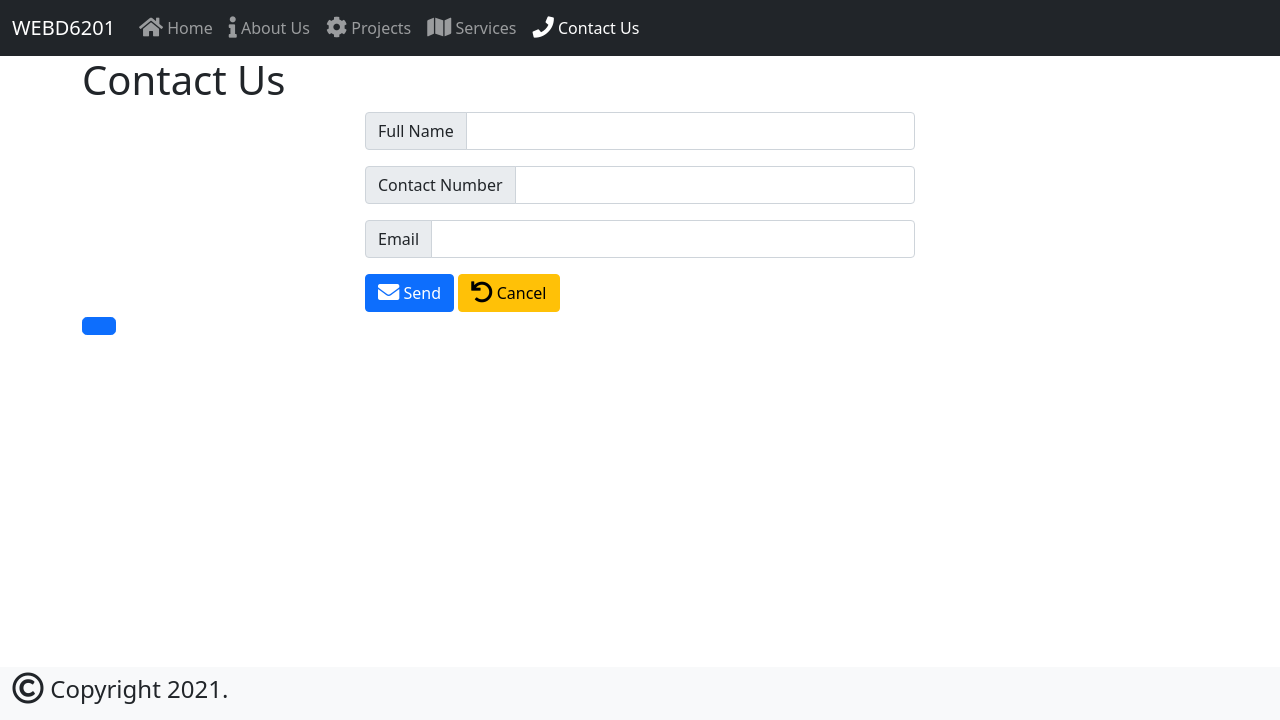
Repository: Sub4Sub/Ice-2
Page: contact.html
An editor plug-in stored every save of this project. The page is shown before and after the next save, followed by the edit.
The browser window is 1280 px wide. The pictures show the whole page.

Above is the page before, as saved 2021-01-27 16:16:11.

After the next save:
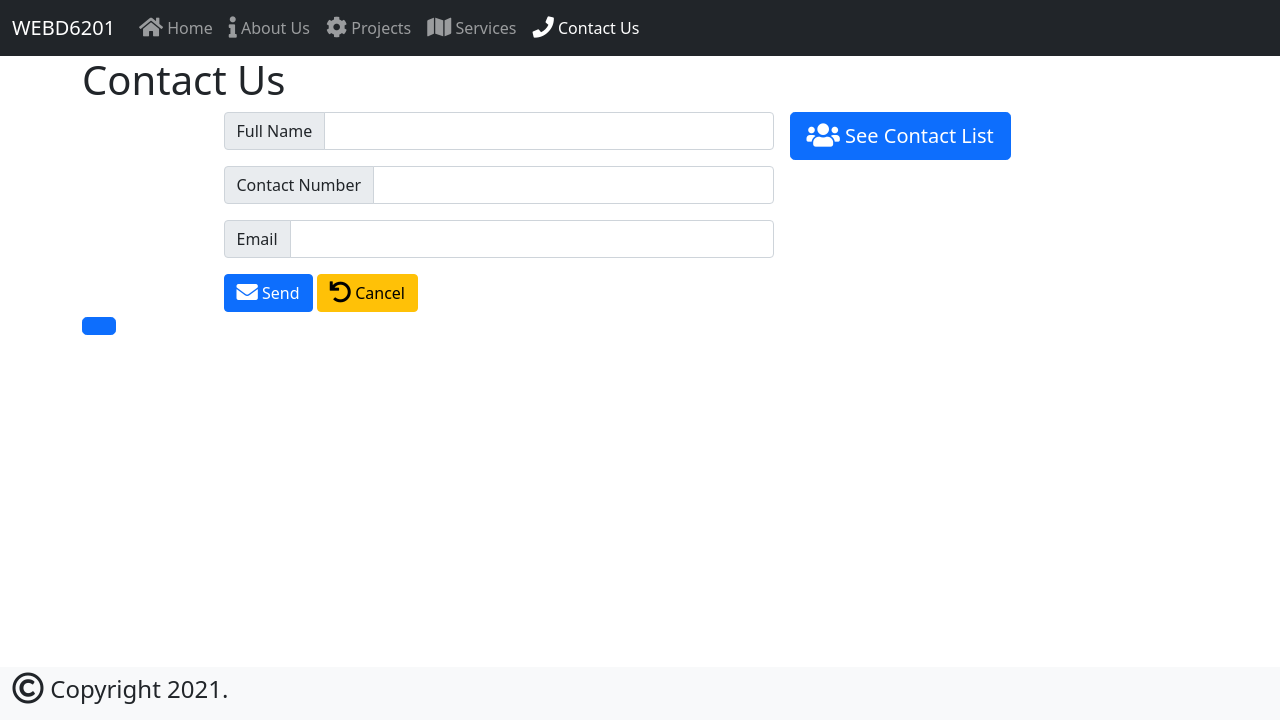
Saved 2 days later.
--- a/contact.html
+++ b/contact.html
@@ -75,6 +75,7 @@
             <button id="sendButton" type="submit" class="btn btn-primary"><i class="fas fa-envelope fa-lg"></i> Send</button>
             <button id="cancelButton" type="reset" class="btn btn-warning"><i class="fas fa-undo fa-lg"></i> Cancel</button>
           </form>
+          <div class="col-lg-3 col-md-3"><a href="contact-list.html" class="btn btn-primary btn-lg"><i class="fas fa-users fa-lg"></i> See Contact List</a></div>
         </div>
 
         <div>
